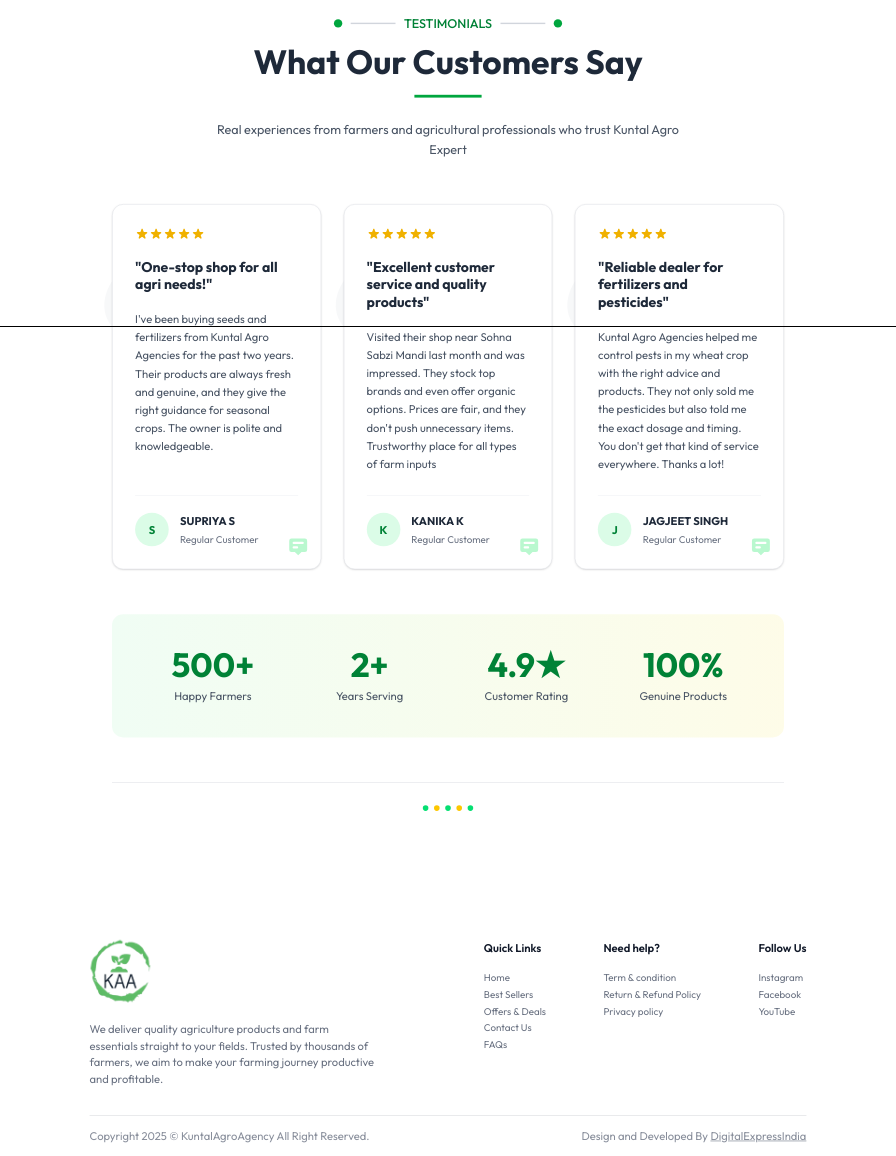
Repository: deepak445566/agro
Page: / (app in client/)
These files come from the project's save history. The page is drawn as it stood at one moment and after the next save; the edit follows.
The browser window is 1280 px wide. The pictures show the part of the page from y = 2438 to 4358 px (the page is 4089 px tall before and 4358 px after), at 70% of full size.
The page's requests for data from a server got no answer. Some web fonts or font styles are not loaded; a fallback is used. The project was rebuilt for these pictures with package versions that can differ from the ones it lists, and the page was loaded fresh each time. No one was signed in, and anything a server would have sent is missing. Also part of the build but not shown: client/vite.config.js, client/src/components/ProductCard.jsx, client/src/components/BottomBanner.jsx, client/src/components/NewsLetter.jsx, client/src/components/Login.jsx, client/src/pages/AllProduct.jsx, client/src/pages/Productcato.jsx, client/src/pages/ProductDetail.jsx and 13 more.

Above is the page before, as saved 2025-12-23 10:31:04.

### client/index.html
<!doctype html>
<html lang="en">
  <head>
    <meta charset="UTF-8" />
    <link rel="icon" type="image/svg+xml" href="/logo1.png" />
    <meta name="viewport" content="width=device-width, initial-scale=1.0" />
    <title>Kuntal Agro Agencies</title>
  </head>
  <body>
    <div id="root"></div>
    <script type="module" src="/src/main.jsx"></script>
  </body>
</html>

### client/src/main.jsx
import { StrictMode } from 'react'
import { createRoot } from 'react-dom/client'
import './index.css'
import App from './App.jsx'
import {BrowserRouter} from 'react-router-dom'
import { AppContextProvider } from './context/AppContext.jsx'


createRoot(document.getElementById('root')).render(
  <BrowserRouter>
  <AppContextProvider>
    <App />
    </AppContextProvider>
 </BrowserRouter>,
)

### client/src/index.css



@import url('https://fonts.googleapis.com/css2?family=Anton&family=Archivo+Black&family=Bebas+Neue&family=Bungee&family=Exo+2:ital,wght@0,100..900;1,100..900&family=Frijole&family=Kaushan+Script&family=Lilita+One&family=Mozilla+Headline:wght@200..700&family=Outfit:wght@100..900&family=Poppins:ital,wght@0,100;0,200;0,300;0,400;0,500;0,600;0,700;0,800;0,900;1,100;1,200;1,300;1,500;1,600;1,700;1,800;1,900&family=Rowdies:wght@300;400;700&family=Signika+Negative:wght@300..700&display=swap');

@import "tailwindcss";

*{
  font-family: "Outfit", sans-serif;
}
@theme {
  --color-primary:#4fbf8b;
  --color-primary-dull: #44ae7c;
}
/* ખાસ modal transitions */
.modal-enter {
  opacity: 0;
  transform: scale(0.9);
}

.modal-enter-active {
  opacity: 1;
  transform: scale(1);
  transition: opacity 300ms, transform 300ms;
}

.modal-exit {
  opacity: 1;
}

.modal-exit-active {
  opacity: 0;
  transform: scale(0.9);
  transition: opacity 300ms, transform 300ms;
}

### client/src/pages/Home.jsx
import React from 'react'

import MainBanner from '../components/MainBanner'

import BestSeller from '../components/BestSeller'
import BottomBanner from '../components/BottomBanner'
import NewsLetter from '../components/NewsLetter'
import OurStory from '../components/OurStory'
import Reviews from '../components/Reviews'
import Categories from '../components/Categories'
import FloatingButtons from '../components/FloatingButtons'

export default function() {
  return (
   <>
   <div className='mt-10'>
    <MainBanner/>
 <Categories/>
    <BestSeller/>
    <OurStory/>
   <Reviews/>
  <FloatingButtons/>
   </div>
   </>
  )
}

### client/src/components/Footer.jsx
import React from 'react'
import { assets, footerLinks } from '../assets/assets'

function Footer() {
  return (
 <>
  <div className="px-6 md:px-16 lg:px-24 xl:px-32 mt-24">
            <div className="flex flex-col md:flex-row items-start justify-between gap-10 py-10 border-b border-gray-500/30 text-gray-500">
                <div>
                    <img className="w-34 md:w-22" src="/logo1.png" alt="dummyLogoColored" />
                    <p className="max-w-[410px] mt-6">We deliver quality agriculture products and farm essentials straight to your fields. Trusted by thousands of farmers, we aim to make your farming journey productive and profitable.</p>
                </div>
                <div className="flex flex-wrap justify-between w-full md:w-[45%] gap-5 ">
                    {footerLinks.map((section, index) => (
                        <div key={index}>
                            <h3 className="font-semibold text-base text-gray-900 md:mb-5 mb-2">{section.title}</h3>
                            <ul className="text-sm space-y-1">
                                {section.links.map((link, i) => (
                                    <li key={i}>
                                        <a href={link.url} className="hover:underline transition">{link.text}</a>
                                    </li>
                                ))}
                            </ul>
                        </div>
                    ))}
                </div>
            </div>
            <div className='flex justify-between'>
    <p className="py-4 text-center text-sm md:text-base text-gray-500/80">
        Copyright 2025 © <a href="#" className="hover:text-gray-700">KuntalAgroAgency</a> All Right Reserved.
    </p>
    <p className="py-4 text-center text-sm md:text-base text-gray-500/80">
        Design and Developed By <a
            href="https://www.digitalexpressindia.com"
            target="_blank"
            rel="noopener noreferrer"
            className="hover:text-gray-700 underline"
        >
            DigitalExpressIndia
        </a>
    </p>
</div>
        </div>

 </>
  )
}

export default Footer

### client/src/components/MainBanner.jsx
import React from "react";
import { assets } from "../assets/assets";
import { Link } from "react-router-dom";

function MainBanner() {
  return (
    <div className="relative w-full">
      {/* Banner image */}
      <img
        src="/lo.png"
        alt="Main banner"
        className="w-full hidden md:block"
      />
      <img
        src="/mo.png"
        alt="Main banner mobile"
        className="w-full md:hidden"
      />

      {/* Overlay content */}
      <div className="absolute inset-0 flex flex-col justify-center md:items-start items-center px-6 md:px-16 mt-96 lg:mt-0 md:mt-0">


        {/* Buttons */}
        <div className="lg:mt-66 mt-20 mr-32 flex flex-col md:flex-row items-center  md:justify-start gap-4">
          <Link
            to="/products"
            className="flex items-center gap-2 px-7 py-3 bg-green-500 hover:bg-green-600 text-white rounded-md transition"
          >
            Shop now
            <img
              src={assets.white_arrow_icon}
              alt="arrow"
              className="w-4 h-4"
            />
          </Link>


        </div>
      </div>
    </div>
  );
}

export default MainBanner;

### client/src/components/BestSeller.jsx
import React from "react";
import ProductCard from "./ProductCard";
import { useAppContext } from "../context/AppContext";

function BestSeller() {
  const { products } = useAppContext();

  return (
    <div className="mt-10">
      {/* Heading */}
      <p className="text-2xl md:text-3xl font-semibold mb-4">
        Best Products
      </p>

      {/* Products Grid */}
      <div className="grid grid-cols-2 sm:grid-cols-3 md:grid-cols-4 lg:grid-cols-5 gap-4 lg:gap-6">
        {products
          .filter((item) => item.inStock)
          .slice(0, 5)
          .map((item) => (
            <ProductCard key={item._id} product={item} />
          ))}
      </div>
    </div>
  );
}

export default BestSeller;

Loaded but not shown: client/src/assets/assets.js (185 lines, source omitted); client/src/components/Navbar.jsx (396 lines, source omitted); client/src/components/OurStory.jsx (171 lines, source omitted); client/src/components/Reviews.jsx (170 lines, source omitted); client/src/context/AppContext.jsx (189 lines, source omitted); client/src/components/FloatingButtons.jsx (69 lines, source omitted); client/src/App.jsx (71 lines, source omitted); client/src/components/Categories.jsx (77 lines, source omitted)

After the next save:
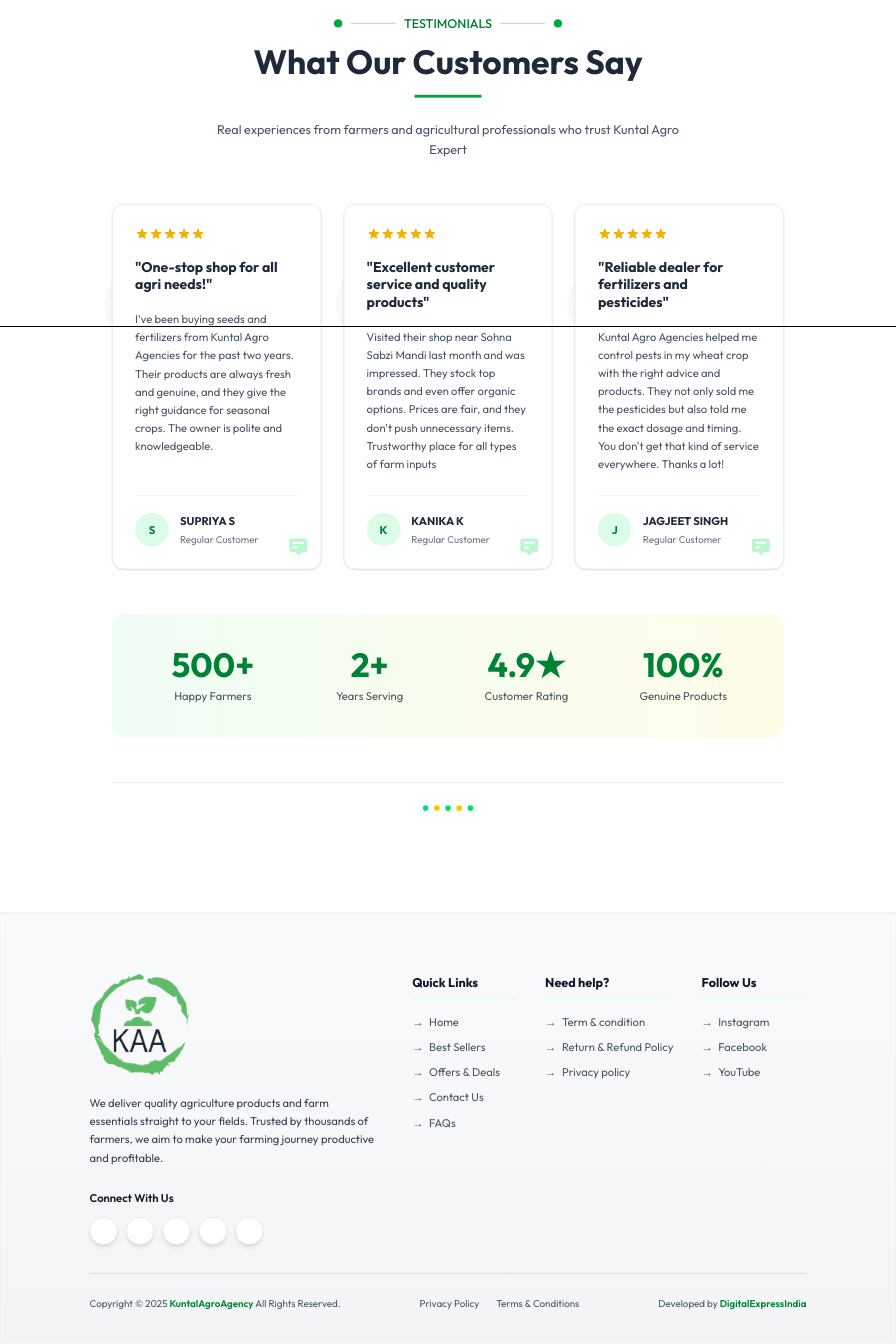
Saved 3 h 1 min later.
--- a/client/src/components/Footer.jsx
+++ b/client/src/components/Footer.jsx
@@ -2,47 +2,116 @@
 import { assets, footerLinks } from '../assets/assets'
 
 function Footer() {
+  const socialMediaIcons = [
+    { name: 'facebook', icon: 'fab fa-facebook-f', url: '#' },
+    { name: 'twitter', icon: 'fab fa-twitter', url: '#' },
+    { name: 'instagram', icon: 'fab fa-instagram', url: '#' },
+    { name: 'linkedin', icon: 'fab fa-linkedin-in', url: '#' },
+    { name: 'youtube', icon: 'fab fa-youtube', url: '#' }
+  ]
+
   return (
- <>
-  <div className="px-6 md:px-16 lg:px-24 xl:px-32 mt-24">
-            <div className="flex flex-col md:flex-row items-start justify-between gap-10 py-10 border-b border-gray-500/30 text-gray-500">
-                <div>
-                    <img className="w-34 md:w-22" src="/logo1.png" alt="dummyLogoColored" />
-                    <p className="max-w-[410px] mt-6">We deliver quality agriculture products and farm essentials straight to your fields. Trusted by thousands of farmers, we aim to make your farming journey productive and profitable.</p>
-                </div>
-                <div className="flex flex-wrap justify-between w-full md:w-[45%] gap-5 ">
-                    {footerLinks.map((section, index) => (
-                        <div key={index}>
-                            <h3 className="font-semibold text-base text-gray-900 md:mb-5 mb-2">{section.title}</h3>
-                            <ul className="text-sm space-y-1">
-                                {section.links.map((link, i) => (
-                                    <li key={i}>
-                                        <a href={link.url} className="hover:underline transition">{link.text}</a>
-                                    </li>
-                                ))}
-                            </ul>
-                        </div>
-                    ))}
-                </div>
+    <footer className="bg-gradient-to-b from-gray-50 to-gray-100 shadow-inner mt-24">
+      <div className="px-6 md:px-16 lg:px-24 xl:px-32 py-12">
+        <div className="flex flex-col md:flex-row items-start justify-between gap-10 py-10 border-b border-gray-300 text-gray-600">
+          <div className="flex-1">
+            <img
+              className="w-32 md:w-36"
+              src="/logo1.png"
+              alt="Kuntal Agro Agency Logo"
+            />
+            <p className="max-w-[410px] mt-6 leading-relaxed text-gray-700">
+              We deliver quality agriculture products and farm essentials straight to your fields.
+              Trusted by thousands of farmers, we aim to make your farming journey productive and profitable.
+            </p>
+
+            {/* Social Media Icons */}
+            <div className="mt-8">
+              <h3 className="font-semibold text-gray-900 mb-4">Connect With Us</h3>
+              <div className="flex gap-3">
+                {socialMediaIcons.map((social) => (
+                  <a
+                    key={social.name}
+                    href={social.url}
+                    target="_blank"
+                    rel="noopener noreferrer"
+                    className="w-10 h-10 rounded-full bg-white shadow-md flex items-center justify-center
+                             text-gray-600 hover:bg-green-50 hover:text-green-600 hover:shadow-lg
+                             transition-all duration-300 border border-gray-200"
+                    aria-label={`Follow us on ${social.name}`}
+                  >
+                    <i className={social.icon}></i>
+                  </a>
+                ))}
+              </div>
             </div>
-            <div className='flex justify-between'>
-    <p className="py-4 text-center text-sm md:text-base text-gray-500/80">
-        Copyright 2025 © <a href="#" className="hover:text-gray-700">KuntalAgroAgency</a> All Right Reserved.
-    </p>
-    <p className="py-4 text-center text-sm md:text-base text-gray-500/80">
-        Design and Developed By <a
-            href="https://www.digitalexpressindia.com"
-            target="_blank"
-            rel="noopener noreferrer"
-            className="hover:text-gray-700 underline"
-        >
-            DigitalExpressIndia
-        </a>
-    </p>
-</div>
+          </div>
+
+          <div className="flex flex-wrap justify-between w-full md:w-[55%] gap-8">
+            {footerLinks.map((section, index) => (
+              <div key={index} className="min-w-[150px]">
+                <h3 className="font-bold text-lg text-gray-900 mb-5 pb-2 border-b border-green-100">
+                  {section.title}
+                </h3>
+                <ul className="space-y-3">
+                  {section.links.map((link, i) => (
+                    <li key={i}>
+                      <a
+                        href={link.url}
+                        className="text-gray-600 hover:text-green-600 hover:pl-2 transition-all duration-300 flex items-center"
+                      >
+                        <span className="mr-2">→</span>
+                        {link.text}
+                      </a>
+                    </li>
+                  ))}
+                </ul>
+              </div>
+            ))}
+          </div>
         </div>
 
- </>
+        <div className="flex flex-col md:flex-row justify-between items-center pt-8 gap-4">
+          <p className="text-sm text-gray-600">
+            Copyright © 2025{" "}
+            <a
+              href="#"
+              className="font-semibold text-green-700 hover:text-green-800 transition-colors"
+            >
+              KuntalAgroAgency
+            </a>{" "}
+            All Rights Reserved.
+          </p>
+
+          <div className="flex items-center gap-6">
+            <a
+              href="#"
+              className="text-sm text-gray-600 hover:text-green-700 transition-colors"
+            >
+              Privacy Policy
+            </a>
+            <a
+              href="#"
+              className="text-sm text-gray-600 hover:text-green-700 transition-colors"
+            >
+              Terms & Conditions
+            </a>
+          </div>
+
+          <p className="text-sm text-gray-600">
+            Developed by{" "}
+            <a
+              href="https://www.digitalexpressindia.com"
+              target="_blank"
+              rel="noopener noreferrer"
+              className="font-semibold text-green-700 hover:text-green-800 transition-colors"
+            >
+              DigitalExpressIndia
+            </a>
+          </p>
+        </div>
+      </div>
+    </footer>
   )
 }
 

After the save that followed:
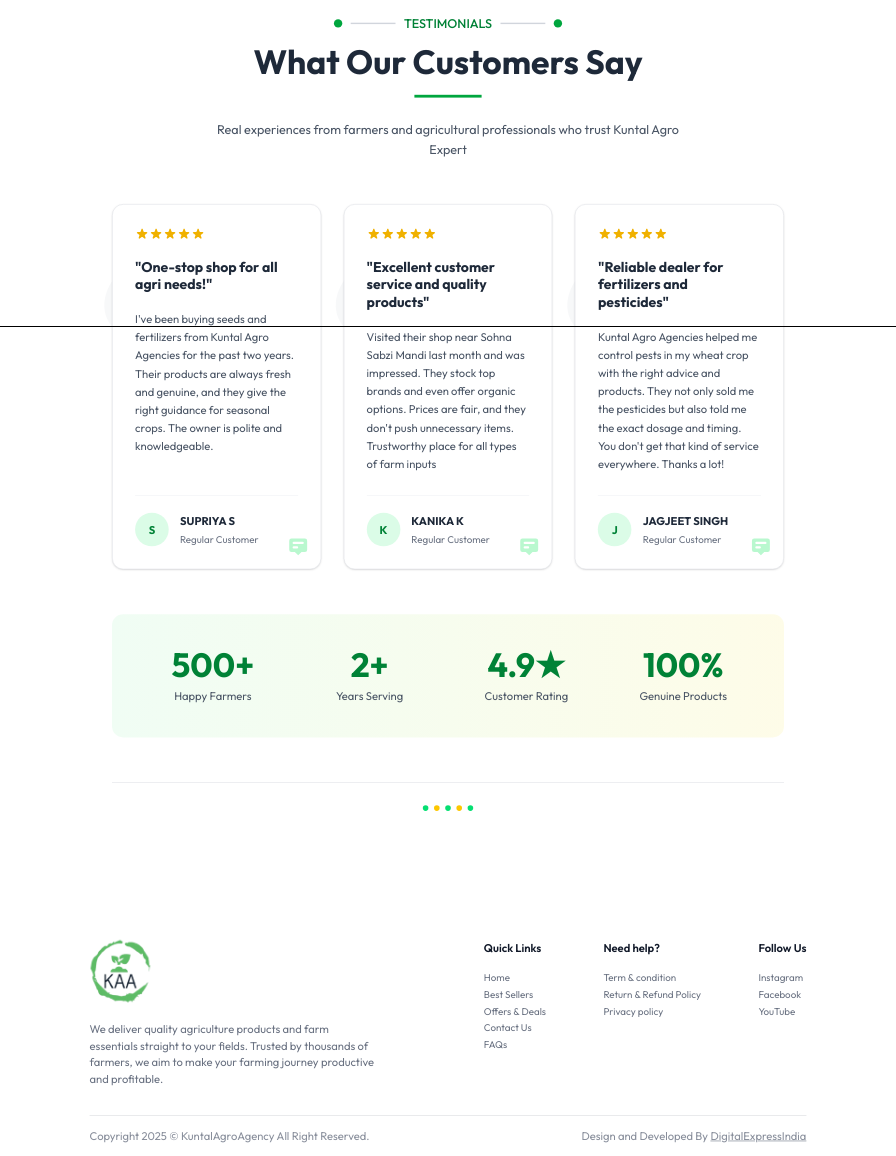
Saved 55 s later.
--- a/client/src/components/Footer.jsx
+++ b/client/src/components/Footer.jsx
@@ -2,116 +2,47 @@
 import { assets, footerLinks } from '../assets/assets'
 
 function Footer() {
-  const socialMediaIcons = [
-    { name: 'facebook', icon: 'fab fa-facebook-f', url: '#' },
-    { name: 'twitter', icon: 'fab fa-twitter', url: '#' },
-    { name: 'instagram', icon: 'fab fa-instagram', url: '#' },
-    { name: 'linkedin', icon: 'fab fa-linkedin-in', url: '#' },
-    { name: 'youtube', icon: 'fab fa-youtube', url: '#' }
-  ]
-
   return (
-    <footer className="bg-gradient-to-b from-gray-50 to-gray-100 shadow-inner mt-24">
-      <div className="px-6 md:px-16 lg:px-24 xl:px-32 py-12">
-        <div className="flex flex-col md:flex-row items-start justify-between gap-10 py-10 border-b border-gray-300 text-gray-600">
-          <div className="flex-1">
-            <img
-              className="w-32 md:w-36"
-              src="/logo1.png"
-              alt="Kuntal Agro Agency Logo"
-            />
-            <p className="max-w-[410px] mt-6 leading-relaxed text-gray-700">
-              We deliver quality agriculture products and farm essentials straight to your fields.
-              Trusted by thousands of farmers, we aim to make your farming journey productive and profitable.
-            </p>
-
-            {/* Social Media Icons */}
-            <div className="mt-8">
-              <h3 className="font-semibold text-gray-900 mb-4">Connect With Us</h3>
-              <div className="flex gap-3">
-                {socialMediaIcons.map((social) => (
-                  <a
-                    key={social.name}
-                    href={social.url}
-                    target="_blank"
-                    rel="noopener noreferrer"
-                    className="w-10 h-10 rounded-full bg-white shadow-md flex items-center justify-center
-                             text-gray-600 hover:bg-green-50 hover:text-green-600 hover:shadow-lg
-                             transition-all duration-300 border border-gray-200"
-                    aria-label={`Follow us on ${social.name}`}
-                  >
-                    <i className={social.icon}></i>
-                  </a>
-                ))}
-              </div>
+ <>
+  <div className="px-6 md:px-16 lg:px-24 xl:px-32 mt-24">
+            <div className="flex flex-col md:flex-row items-start justify-between gap-10 py-10 border-b border-gray-500/30 text-gray-500">
+                <div>
+                    <img className="w-34 md:w-22" src="/logo1.png" alt="dummyLogoColored" />
+                    <p className="max-w-[410px] mt-6">We deliver quality agriculture products and farm essentials straight to your fields. Trusted by thousands of farmers, we aim to make your farming journey productive and profitable.</p>
+                </div>
+                <div className="flex flex-wrap justify-between w-full md:w-[45%] gap-5 ">
+                    {footerLinks.map((section, index) => (
+                        <div key={index}>
+                            <h3 className="font-semibold text-base text-gray-900 md:mb-5 mb-2">{section.title}</h3>
+                            <ul className="text-sm space-y-1">
+                                {section.links.map((link, i) => (
+                                    <li key={i}>
+                                        <a href={link.url} className="hover:underline transition">{link.text}</a>
+                                    </li>
+                                ))}
+                            </ul>
+                        </div>
+                    ))}
+                </div>
             </div>
-          </div>
-
-          <div className="flex flex-wrap justify-between w-full md:w-[55%] gap-8">
-            {footerLinks.map((section, index) => (
-              <div key={index} className="min-w-[150px]">
-                <h3 className="font-bold text-lg text-gray-900 mb-5 pb-2 border-b border-green-100">
-                  {section.title}
-                </h3>
-                <ul className="space-y-3">
-                  {section.links.map((link, i) => (
-                    <li key={i}>
-                      <a
-                        href={link.url}
-                        className="text-gray-600 hover:text-green-600 hover:pl-2 transition-all duration-300 flex items-center"
-                      >
-                        <span className="mr-2">→</span>
-                        {link.text}
-                      </a>
-                    </li>
-                  ))}
-                </ul>
-              </div>
-            ))}
-          </div>
+            <div className='flex justify-between'>
+    <p className="py-4 text-center text-sm md:text-base text-gray-500/80">
+        Copyright 2025 © <a href="#" className="hover:text-gray-700">KuntalAgroAgency</a> All Right Reserved.
+    </p>
+    <p className="py-4 text-center text-sm md:text-base text-gray-500/80">
+        Design and Developed By <a
+            href="https://www.digitalexpressindia.com"
+            target="_blank"
+            rel="noopener noreferrer"
+            className="hover:text-gray-700 underline"
+        >
+            DigitalExpressIndia
+        </a>
+    </p>
+</div>
         </div>
 
-        <div className="flex flex-col md:flex-row justify-between items-center pt-8 gap-4">
-          <p className="text-sm text-gray-600">
-            Copyright © 2025{" "}
-            <a
-              href="#"
-              className="font-semibold text-green-700 hover:text-green-800 transition-colors"
-            >
-              KuntalAgroAgency
-            </a>{" "}
-            All Rights Reserved.
-          </p>
-
-          <div className="flex items-center gap-6">
-            <a
-              href="#"
-              className="text-sm text-gray-600 hover:text-green-700 transition-colors"
-            >
-              Privacy Policy
-            </a>
-            <a
-              href="#"
-              className="text-sm text-gray-600 hover:text-green-700 transition-colors"
-            >
-              Terms & Conditions
-            </a>
-          </div>
-
-          <p className="text-sm text-gray-600">
-            Developed by{" "}
-            <a
-              href="https://www.digitalexpressindia.com"
-              target="_blank"
-              rel="noopener noreferrer"
-              className="font-semibold text-green-700 hover:text-green-800 transition-colors"
-            >
-              DigitalExpressIndia
-            </a>
-          </p>
-        </div>
-      </div>
-    </footer>
+ </>
   )
 }
 
